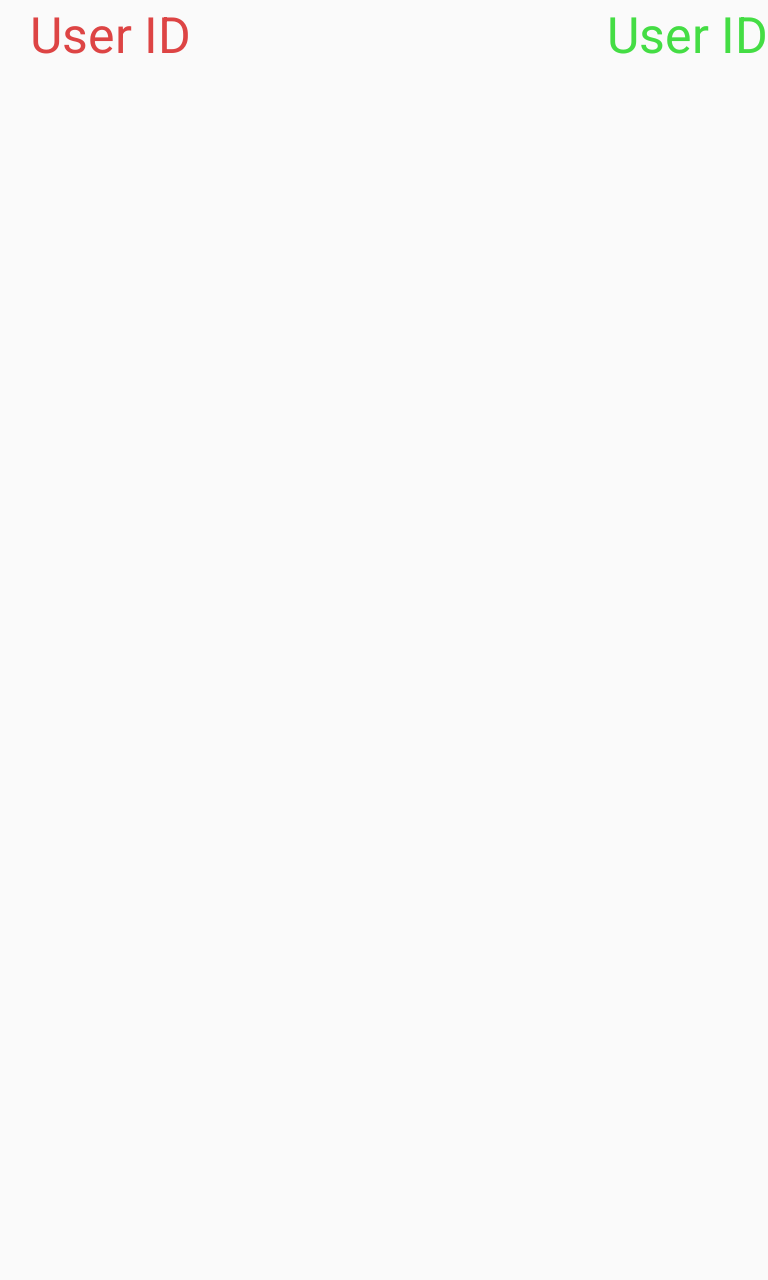
Repository: pankajksharma/chutta-pay
Layout: ChuttaPay/res/layout/transaction_list.xml
The author's editor kept a copy of each file at every save. The layout is drawn from the files as they stood at one save, then again after the next save.
It is drawn on a 768 x 1280 px phone screen (xhdpi) without system bars, with theme AppTheme; the app's code is not run.

Above is the layout before, as saved 2014-04-26 17:32:06.

After the next save:
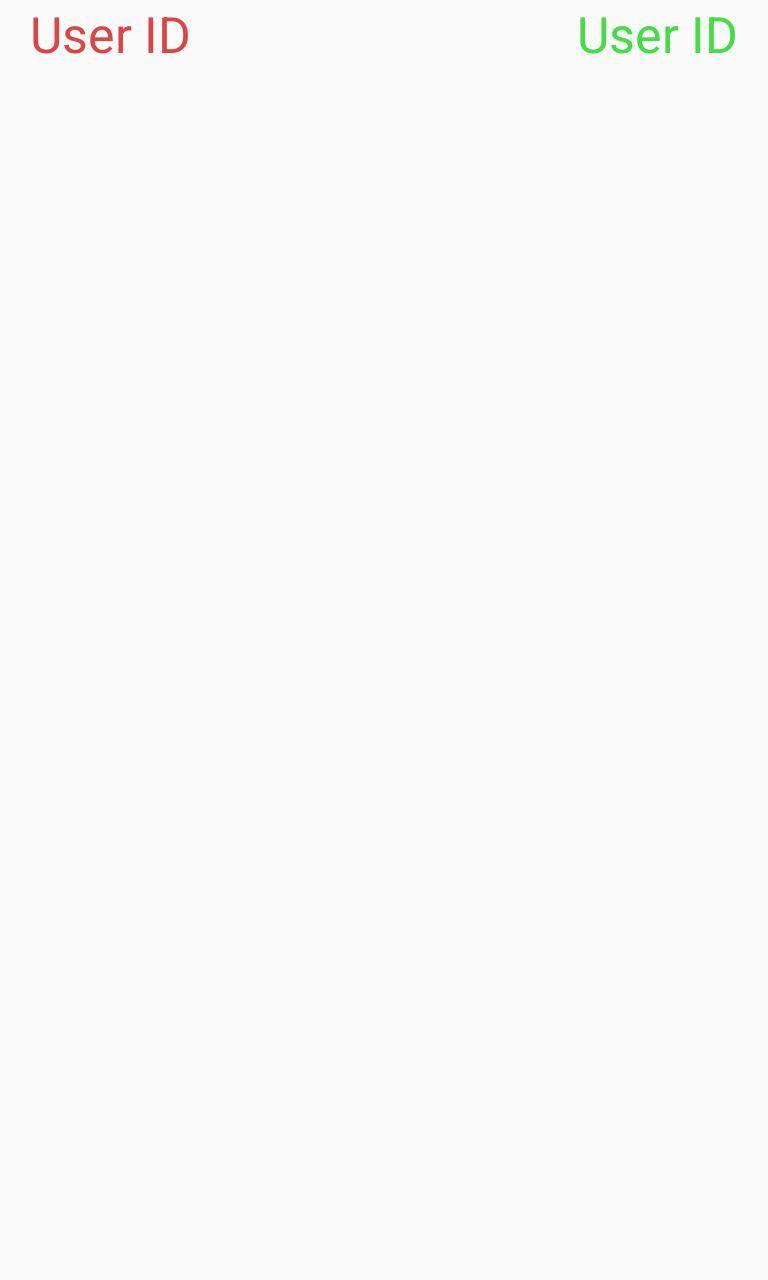
Saved 14 s later.
--- a/ChuttaPay/res/layout/transaction_list.xml
+++ b/ChuttaPay/res/layout/transaction_list.xml
@@ -19,7 +19,7 @@
         android:layout_width="wrap_content"
         android:layout_height="wrap_content"
         android:layout_alignParentRight="true"
-        android:layout_marginLeft="15dp"
+        android:layout_marginRight="15dp"
         android:textSize="25dp"
         android:textColor="#44dd44"
         android:text="User ID" />
